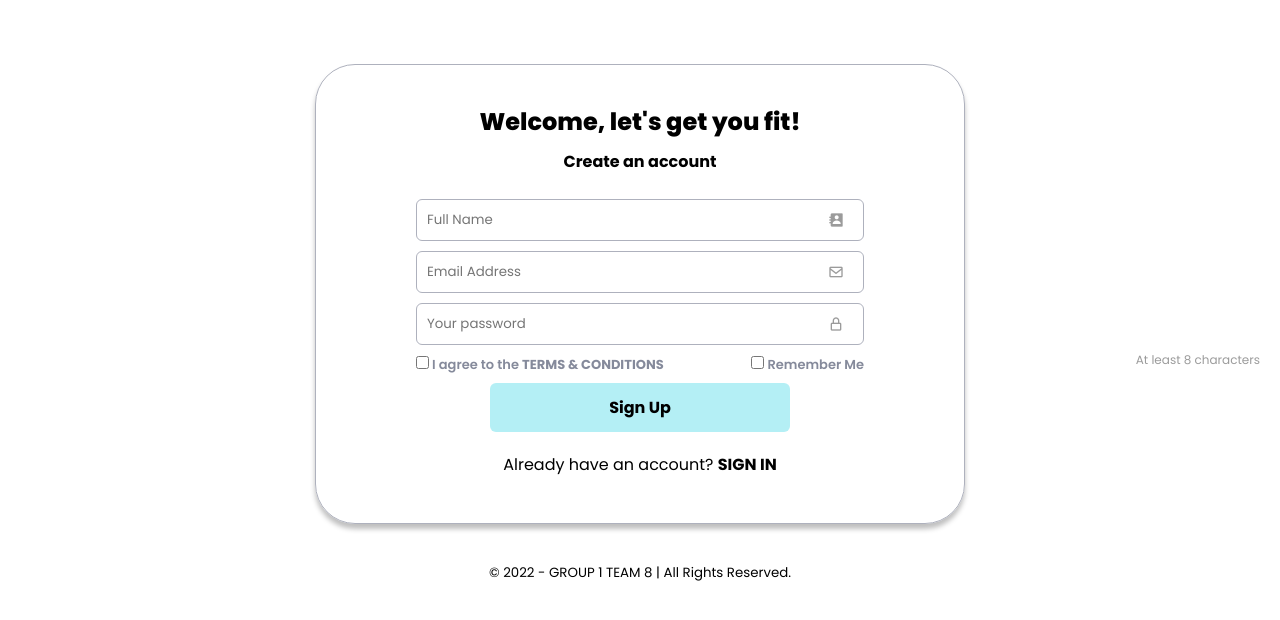
Repository: Rellzcodez/Group1-Team8
Page: pages/signup.html
An editor plug-in stored every save of this project. The page is shown before and after the next save, followed by the edit.
The browser window is 1280 px wide. The pictures show the whole page.

Above is the page before, as saved 2022-09-12 14:05:59.

### pages/signup.html
<!DOCTYPE html>
<html lang="en">
    <head>
        <meta charset="UTF-8">
        <meta http-equiv="X-UA-Compatible" content="IE=edge">
        <meta name="viewport" content="width=device-width, initial-scale=1.0">
        <link href='https://unpkg.com/boxicons@2.1.2/css/boxicons.min.css' rel='stylesheet'>
        <link rel="stylesheet" href="/css/signup.css">
        <link rel="preconnect" href="https://fonts.googleapis.com">
        <link rel="preconnect" href="https://fonts.gstatic.com" crossorigin>
        <link href="https://fonts.googleapis.com/css2?family=Poppins:wght@100&display=swap" rel="stylesheet">
        <link rel="shortcut icon" href="/images/favicon-32x32.png" type="image/x-icon">
        <title>SIGN UP</title>
    </head>
    <body>

        <div class="form-container">
            <div class="form-container-desc">
                <h1>Welcome, let's get you fit!</h1>
                <p><b>Create an account</b></p>
            </div>
            <form action="#" class="login active">
                <div class="input-group">
                    <input type="text" placeholder="Full Name" id="fullname" required>
                    <i class='bx bxs-contact'></i>
                </div>

                <div  class="input-group">
                    <input type="email" placeholder="Email Address" id="emailAddress" required>
                    <i class='bx bx-envelope'></i>
                </div>

                <div  class="input-group">
                    <input type="password" pattern=".{8,}" id="password" placeholder="Your password" required>
                    <i class='bx bx-lock-alt' ></i>
                </div>
                <span class="help-text">At least 8 characters</span>

                <div class="terms">
                    <label class="checkbox_label" for="terms">
                        <input type="checkbox" id="terms" name="terms">
                     I agree to the <b>TERMS & CONDITIONS</b>
                    </label>
                    <label class="checkbox_label" for="remember_me">
                        <input type="checkbox" id="remember_me" name="terms"> Remember Me</label>
                </div>

                <a href="#"><button type="submit" class="signup"><b>Sign Up</b></button></a>

            <p  class="cta">Already have an account? <a class="a" href="signin.html" onclick="switchForm('login', event)"><b>SIGN IN</b></a> </p>

            </form>
        </div>

        <footer>
            <small class="footer-small">&copy; 2022 - GROUP 1 TEAM 8 | All Rights Reserved.</small>
        </footer>
    </body>

</html>

### css/signup.css
@import url("https://fonts.googleapis.com/css2?family=Poppins:wght@400;600;700;800&display=swap");

*{
    padding: 0;
    margin: 0;
    box-sizing: border-box;
}

body{
    place-items: center;
    align-items: center;
    font-family: 'Poppins', sans-serif;
}
button, input, a{
    font-family: 'Poppins', sans-serif;
}
h1 {
    font-weight: 800;
    padding-top: 2%;
}

p {
    font-weight: 700;
    margin: 10px auto 20px;
}

.form-container{
    background: rgba(255, 255, 255, 0.82);
    border: 1px solid #AEB1BD;
    box-shadow: 0px 5px 5px rgba(0, 0, 0, 0.25);
    border-radius: 40px;
    margin: 5% auto;
    width: 650px;
    height: 460px;
    padding: 30px 100px;
}

.form-container .form-container-desc,
form{
    text-align: center;
}
.form-container-desc h1{
    font-size: 24px;
}
form div{
    padding: 5px 0;
}

form label{
    color: #fff;
    display: block;
    padding-bottom: 3px;
    color: #858A9B;

}

form input:not([type='checkbox']) {
    border: 1px solid #D9D9D9;
    outline: none;
    padding: 10px 10px;
    width: 100%;
    border-radius: 2px;
    color: #858A9B;
}

.input-group {
    width: 100%;
    position: relative;
}
.input-group input {
    padding: 12px 40px 12px 20px;
    outline: none;
    border-radius: 6px;
    border: 1px solid #B7B7B7;
    width: 100%;
    transition: all .3s ease;
}

/* Validation */
  .input-group input:focus,
.input-group input:not(:placeholder-shown) {
    border-color: #277FFE;
    background: #F4F2FF;
}
.input-group input:focus + i,
.input-group input:not(:placeholder-shown) + i {
    color: #277FFE;
}
.input-group input:focus:valid {
    box-shadow: 0 0 0 4px #AECFFF;
}

.input-group input:valid:not(:placeholder-shown) {
    border-color:#23AE00;
}
.input-group input:valid:not(:placeholder-shown) + i {
    color:#23AE00;
}
.input-group input:invalid:not(:placeholder-shown) {
    border-color:#FE2727;
}
.input-group input:invalid:not(:placeholder-shown) + i {
    color:#FE2727;
}
.input-group input:focus:invalid {
    box-shadow: 0 0 0 4px #FFD2D2;
}
.input-group input:focus,
.input-group input:focus:placeholder-shown {
    box-shadow: 0 0 0 4px #AECFFF;
}


/* Validation */


  .input-group i {
    position: absolute;
    top: 50%;
    transform: translateY(-50%);
    right: 20px;
    color: #9B9B9B;
    pointer-events: none;
}
span{
    position: absolute;
    top: 50%;
    transform: translateY(-50%);
    right: 20px;
    color: #9B9B9B;
    pointer-events: none;
}
 span.help-text {
    font-size: 12px;
    color: #9B9B9B;

}
input{
    margin: 0 auto;
}
#fullname, #emailAddress, #password {
    outline: none;
    border-radius: 6px;
    border: 1px solid #AEB1BD;
    width: 100%;
    transition: all .3s ease;
}

.checkbox_label{
    display: inline;
}

.terms{
    display: flex;
    justify-content: space-between;
    font-weight: 600;
    font-size: 13px;
    padding-bottom: 5px;
}



form input:focus{
    outline: 1px solid cyan;
}
.signup {
    padding: 12px 0;
    width: 300px;
    text-align: center;
    color: #000;
    border-radius: 6px;
    cursor: pointer;
    transition: all .3s ease;
    border: none;
    font-size: 16px;
    font-weight: 500;
    background: #B4EFF5;
    margin-bottom: 20px;
    }
    .signup:hover{
        color: #fff;
        background: #343C59;
    }

.a{text-decoration: none;
    color: black;}

.cta{
    font-weight: inherit;
    margin: 0 auto;
}

        .signup:active {
            background-color: #858A9B;
        }

        .signup:disabled {
            background-color: #CED0D7;
        }

        .sign:hover {
            color: rgb(255, 255, 255);
        }

        .sign:active {
            color: rgb(255, 255, 255);
        }

        .cta a:hover {
            color: #858A9B;
        }

        .a:hover {
            color: #858A9B;
        }

        .a:active {
            color: #858A9B;
        }

.footer-small{
    display: flex;
    justify-content: center;
    font-family: 'Poppins', sans-serif;
    margin-top: -25px;
}

After the next save:
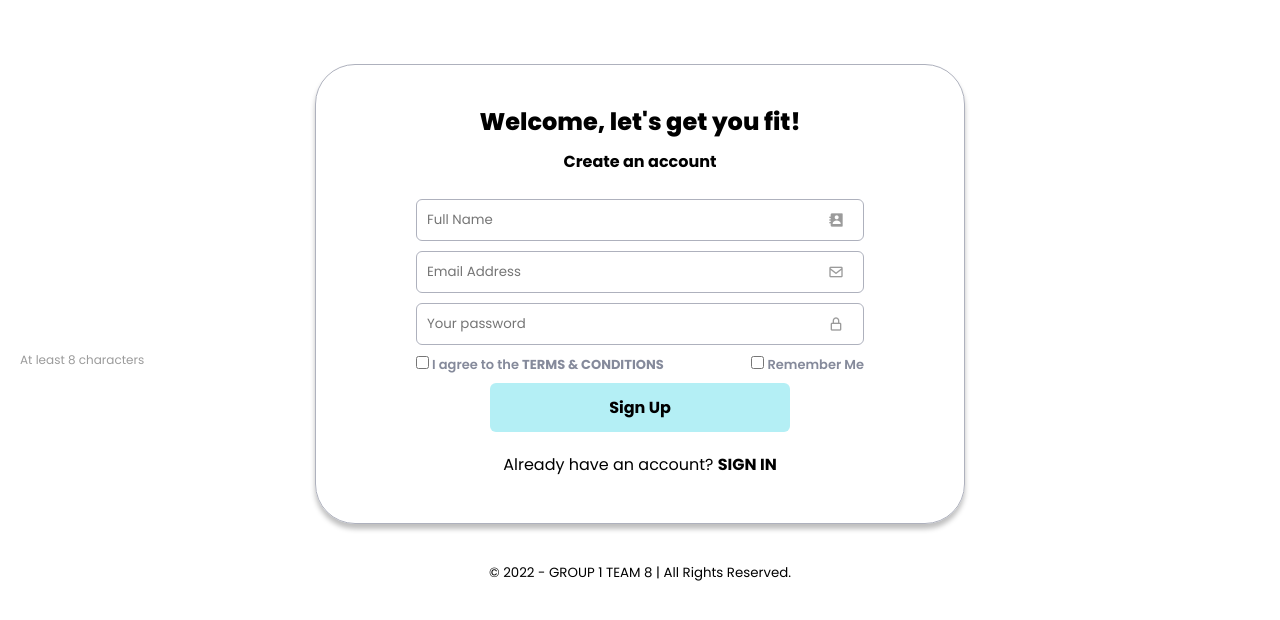
Saved 24 s later.
--- a/css/signup.css
+++ b/css/signup.css
@@ -126,7 +126,7 @@ span{
     position: absolute;
     top: 50%;
     transform: translateY(-50%);
-    right: 20px;
+    left: 20px;
     color: #9B9B9B;
     pointer-events: none;
 }
